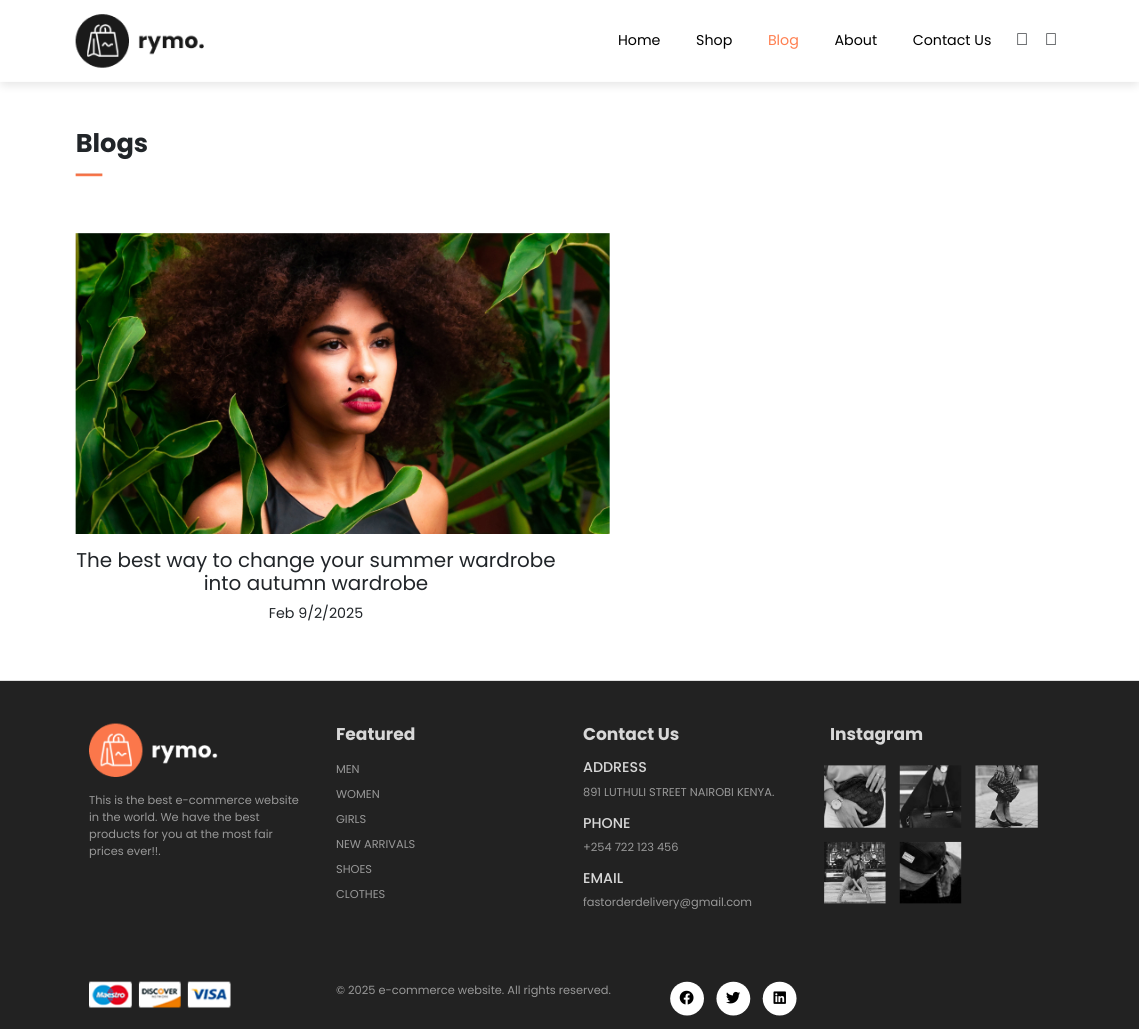
Repository: peter417waweru/e-commerce-UI
Page: blog.html
The author's editor kept a copy of each file at every save. The page is drawn from the files as they stood at one save, then again after the next save.
The browser window is 1280 px wide. The pictures show the whole page, at 89% of full size.
Some web libraries are served in a nearby version.

Above is the page before, as saved 2025-02-09 07:48:29.

### blog.html
<!DOCTYPE html>
<html lang="en">


    <head>
        <meta charset="UTF-8">
        <meta http-equiv="X-UA-Compatible" content="IE=edge">
        <meta name="viewport" content="width=device-width, initial-scale=1.0">
        <title>Ecommerce Website1</title>

        <link rel="stylesheet" href="https://cdn.jsdelivr.net/npm/bootstrap@4.1.3/dist/css/bootstrap.min.css"
        integrity="sha384-MCw98/SFnGE8fJT3GXwEOngsV7Zt27NXFoaoApmYm81iuXoPkFOJwJ8ERdknLPMO" crossorigin="anonymous">

        <link rel="stylesheet" href="https://pro.fontawesome.com/releases/v5.10.0/css/all.css" />

        <link rel="stylesheet" href="./style.css">
        <link rel="stylesheet" href="./blog.css">
    </head>

    <body>

        <nav class="navbar navbar-expand-lg navbar-light bg-white py-3 fixed-top">
            <div class="container">
              <img src="img/logo1.png" alt="">
              <button class="navbar-toggler" type="button" data-bs-toggle="collapse" data-bs-target="#navbarSupportedContent"
              aria-controls="navbarSupportedContent" aria-expanded="false" aria-label="Toggle navigation">
                <span><i id="bar" class="fas fa-bars"></i></span>
              </button>
              <div class="collapse navbar-collapse" id="navbarSupportedContent">
                <ul class="navbar-nav ml-auto">
                  <li class="nav-item">
                    <a class="nav-link " aria-current="page" href="#">Home</a>
                  </li>
                  <li class="nav-item">
                    <a class="nav-link" aria-current="page" href="shop.html">Shop</a>
                  </li>
                  <li class="nav-item">
                    <a class="nav-link active" aria-current="page" href="#">Blog</a>
                  </li>
                  <li class="nav-item">
                    <a class="nav-link" aria-current="page" href="#">About</a>
                  </li>
                  <li class="nav-item">
                    <a class="nav-link" aria-current="page" href="#">Contact Us</a>
                  </li>
                  <li class="nav-item">
                    <i class="fal fa-search"></i>
                    <i class="fal fa-shopping-bag"></i>
                  </li>


                </ul>

              </div>
            </div>
        </nav>

        <section id="blog-home" class="container pt-5 mt-5">
            <h2 class="font-weight-bold pt-5">Blogs</h2>
            <hr>
        </section>

        <section id="blog-container" class="container pt-5">
            <div class="row">
                <div class="post col-lg-6 col-md-6 col-12">
                    <div class="blog-post">
                        <img src="img/blog/1.jpg" alt="">
                    </div>
                    <h3 class="text-center font-weight-normal pt-3">The best way to change your summer wardrobe into autumn wardrobe</h3>
                    <p class="text-center">Feb 9/2/2025</p>
                </div>
            </div>

        </section>
        <footer class="mt-5">
            <div class="row container mx-auto pt-5">
              <div class="footer-one col-lg-3 col-md-6 col-12">
                <img src="img/logo2.png" alt="">
                <p class="pt-3">This is the best e-commerce website in the world.
                   We have the best products for you at the most fair prices ever!!.</p>
              </div>
              <div class="footer-one col-lg-3 col-md-6 col-12">
                <h4 class="pb-2">Featured</h4>
                <ul class="text-uppercase list-unstyled">
                  <li><a href="#">men</a></li>
                  <li><a href="#">women</a></li>
                  <li><a href="#">girls</a></li>
                  <li><a href="#">new arrivals</a></li>
                  <li><a href="#">shoes</a></li>
                  <li><a href="#">clothes</a></li>
                </ul>
              </div>
              <div class="footer-one col-lg-3 col-md-6 col-12 mb-3">
                <h4 class="pb-2">Contact Us</h4>
                <div>
                  <h6 class="text-uppercase">Address</h6>
                <p>891 LUTHULI STREET NAIROBI KENYA.</p>
                </div>
                <div>
                  <h6 class="text-uppercase">Phone</h6>
                <p>+254 722 123 456</p>
                </div>
                <div>
                  <h6 class="text-uppercase">Email</h6>
                <p>fastorderdelivery@gmail.com</p>
                </div>
              </div>
              <div class="footer-one col-lg-3 col-md-6 col-12 mb-3">
                <h4 class="pb-2">Instagram</h4>
                <div class="row">
                  <img class="img-fluid w-25 h-100 m-2" src="img/insta/1.jpg" alt="">
                  <img class="img-fluid w-25 h-100 m-2" src="img/insta/2.jpg" alt="">
                  <img class="img-fluid w-25 h-100 m-2" src="img/insta/3.jpg" alt="">
                  <img class="img-fluid w-25 h-100 m-2" src="img/insta/4.jpg" alt="">
                  <img class="img-fluid w-25 h-100 m-2" src="img/insta/5.jpg" alt="">
                </div>
              </div>
            </div>
            <div class="copyright mt-5">
              <div class="row container mx-auto">
                <div class="col-lg-3 col-md-6 col-12 mb-4">
                  <img class="img-fluid" src="img/payment.png" alt="">
                </div>
                <div class="col-lg-4 col-md-6 col-12 text-nowrap mb-2">
                  <p>© 2025 e-commerce website. All rights reserved.</p>
                </div>
                <div class="col-lg-4 col-md-6 col-12">
                  <a href="#"><i class="fab fa-facebook"></i></a>
                  <a href="#"><i class="fab fa-twitter"></i></a>
                  <a href="#"><i class="fab fa-linkedin"></i></a>
                </div>
              </div>
            </div>
        </footer>


    </body>





</html>

### style.css
@import url("https://fonts.googleapis.com/css2?family=Poppins:wght@100;200;300;400;500;600;700;800;900&display=swap");
* {
  margin: 0;
  padding: 0;
  box-sizing: border-box;
}

body {
  font-family: "Poppins", sans-serif;
}

h1 {
  font-size: 2.5rem;
  font-weight: 700;
}

h2 {
  font-size: 1.8rem;
  font-weight: 600;
}

h3 {
  font-size: 1.4rem;
  font-weight: 800;
}

h4 {
  font-size: 1.1rem;
  font-weight: 600;
}

h5 {
  font-size: 1rem;
  font-weight: 400;
  color: #1d1d1d;
}

h6 {
  color: #d8d8d8;
}

hr {
  width: 30px;
  height: 2px;
  background-color: #fb774b;
}

.star {
  padding: 10px 0;
}

.star i{
  font-size: 0.8rem;
  color: goldenrod;
}

button {
  font-size: 0.8rem;
  font-weight: 700;
  outline: none;
  border: none;
  background-color: #1d1d1d;
  color: aliceblue;
  padding: 13px 30px;
  cursor: pointer;
  text-transform: uppercase;
  transition: 0.3s ease;
}

button:hover {
  background-color: #3a3833;
}

hr {
  width: 30px;
  height: 2px;

}

.navbar {
  font-size: 16px;
  background-color: #d8d8d8;
  top: 0;
  left: 0;
  box-shadow: 0 5px 10px rgba(0, 0, 0, 0.1);
}

.navbar-light .navbar-nav .nav-link{
  padding: 0 20px;
  color: black;
  transition: 0.3s ease;
}

.navbar-light .navbar-nav .nav-link:hover,
.navbar i:hover,
.navbar-light .navbar-nav .nav-link.active,
.navbar i.active
{
  color: coral;
}



.navbar i{
  font-size: 1.2rem;
  padding: 0 7px;
  cursor: pointer;
  transition: 0.3s ease;
}

/* Mobile Nav*/


.navbar-light .navbar-toggler{
  border: none;
  outline: none;
}

#bar {
  font-size: 1.5rem;
  padding: 7px;
  cursor: pointer;
  font-weight: 500;
  color: black;
  transition: 0.3s ease;
}

#bar:hover,
#bar.active{
  color: #fff;
}

@media only screen and (max-width: 990px) {

  body > nav > div > button:hover ,
  body > nav > div > button:focus {
    background-color: #fb774b;
  }

  body > nav > div > button:hover #bar,
  body > nav > div > button:focus #bar {
    background-color: #fb774b;
  }

  #navbarSupportedContent > ul {
    margin: 1rem;
    justify-content: flex-end;
    align-items: flex-end;
    text-align: right;
  }

  #navbarSupportedContent > ul > li:nth-child(n) > a {
    padding: 10px 0;
  }
}


#home {
  background-image: url("img/back.jpg");
  width: 100%;
  height: 100vh;
  background-size: cover;
  background-position: top 70px center;
  display: flex;
  flex-direction: column;
  align-items: flex-start;
  justify-content: center;

}

#home span{
  color: coral;
}

#new .one img{
  width: 100%;
  height: 100%;
  background-position: center center;
  background-repeat: no-repeat;
  background-size: cover;
  position: relative;
}


#new .row .one .details{
  position: absolute;
  width: 100%;
  height: 100%;
  top: 0;
  left: 0;
  transition: 0.3s ease;
}

#new .row .one:hover .details{
  cursor: pointer;
  background-color: rgba(255, 178, 178, 0.8);
}

#new .row .one .details button{
 display: inline-block;
 font-size: 14px;
 font-weight: 500;
 color: #2a2a2a;
 background: none;
 text-transform: uppercase;
 border-bottom: 1px solid #2a2a2a;
 padding: 1.5px;
 transform: translateY(70px);
 transition: 0.3s ease;
}

#new .row .one .details button:hover{
  cursor: pointer;
  color: #fff;
  border-bottom: 1px solid #fff;
}

#new .row .one:nth-child(1) .details{
  display: flex;
  justify-content: center;
  flex-direction: column;
  align-items: flex-start;
  text-align: start;
}

#new .row .one:nth-child(2) .details{
  display: flex;
  justify-content: center;
  flex-direction: column;
  align-items: center;
  text-align: center;
}

#new .row .one:nth-child(3) .details{
  display: flex;
  justify-content: center;
  flex-direction: column;
  align-items: flex-end;
  text-align: end;
}

/*Products*/

.product {
  cursor: pointer;
  margin-bottom: 2rem;
}

.product img{
  transition: 0.3s all;

}

.product img:hover{
  opacity: 0.7;
}

.product .buy-btn{
  background: #fb774b;
  transform: translateY(20px);
  opacity: 0;
  transition: 0.3s all;
}
.product:hover .buy-btn{
  transform: translateY(0px);
  opacity: 1;
}

#banner {
  background-image: url("img/banner/2.jpg");
  width: 100%;
  height: 60vh;
  background-size: cover;
  background-position: top 70px center;
  background-repeat: no-repeat;
  background-attachment: fixed;
  display: flex;
  flex-direction: column;
  align-items: flex-start;
  justify-content: center;
}

#banner h4{
  color: #D8D8D8;
}

#banner h1{
  color: #D8D8D8;
}

#banner button{
  background-color: #fb774b;
}

footer{
  background-color: #222222;
}

footer h4 {
  color: #D8D8D8;
  font-size: 1.2rem;
  font-weight: 700;
}

footer li {
  padding-bottom: 4px;
}

footer li a {
  font-size: 0.8rem;
  color: #999;
}

footer li a:hover {
  color: #D8D8D8;
}

footer p{
  color: #999;
  font-size: 0.8rem;
}

footer .copyright a{
  color: #000;
  width: 38px;
  height: 38px;
  background-color: #fff;
  display: inline-block;
  text-align: center;
  line-height: 38px;
  border-radius: 50%;
  transition: 0.3s ease;
  margin: 0 5px;

}

footer .copyright a:hover{
  color: #fff;
  background-color: #fb774b;
}

Loaded but not shown: blog.css (no stored copy; drawn as an empty file)

After the next save:
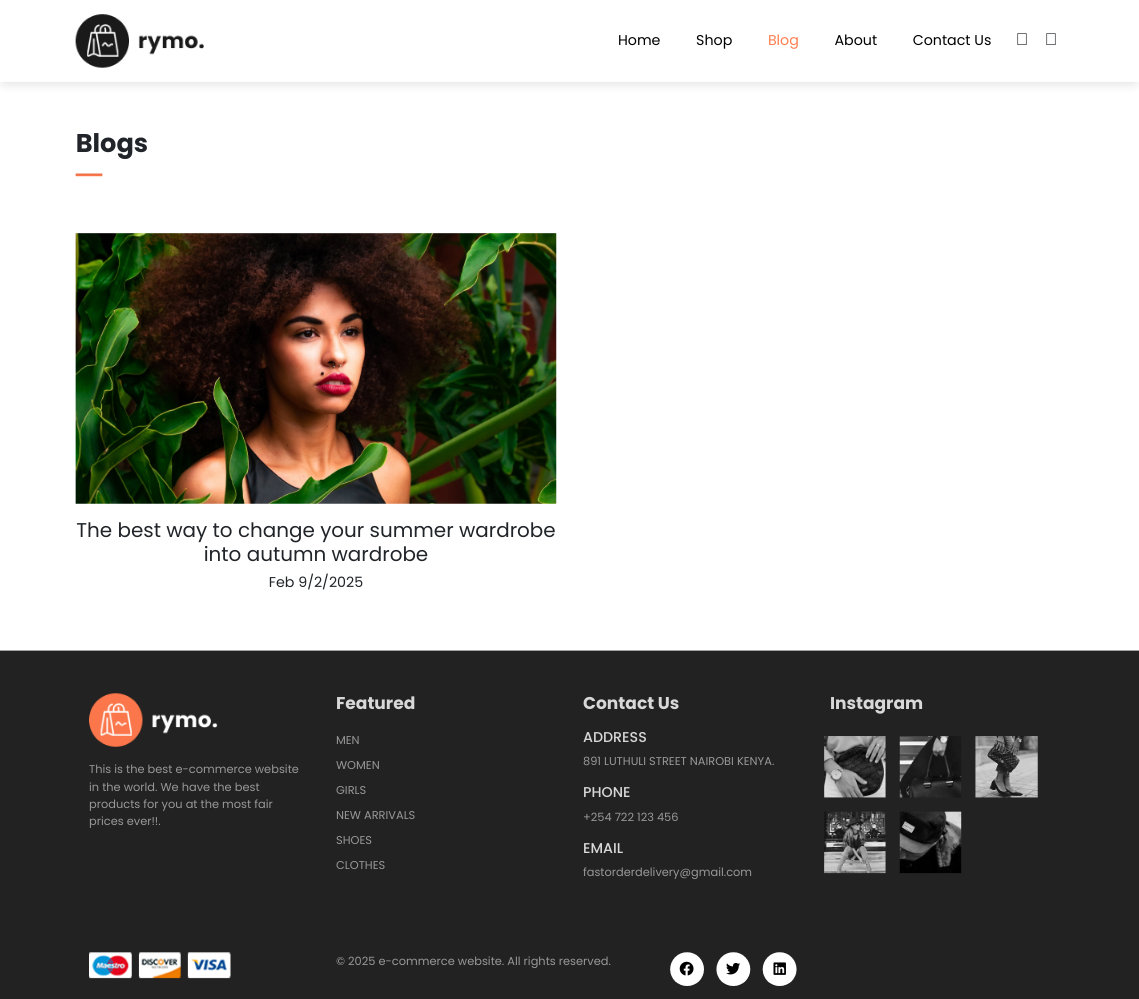
Saved 69 s later.
--- a/blog.html
+++ b/blog.html
@@ -64,7 +64,7 @@
             <div class="row">
                 <div class="post col-lg-6 col-md-6 col-12">
                     <div class="blog-post">
-                        <img src="img/blog/1.jpg" alt="">
+                        <img class="img-fluid w-100" src="img/blog/1.jpg" alt="">
                     </div>
                     <h3 class="text-center font-weight-normal pt-3">The best way to change your summer wardrobe into autumn wardrobe</h3>
                     <p class="text-center">Feb 9/2/2025</p>
